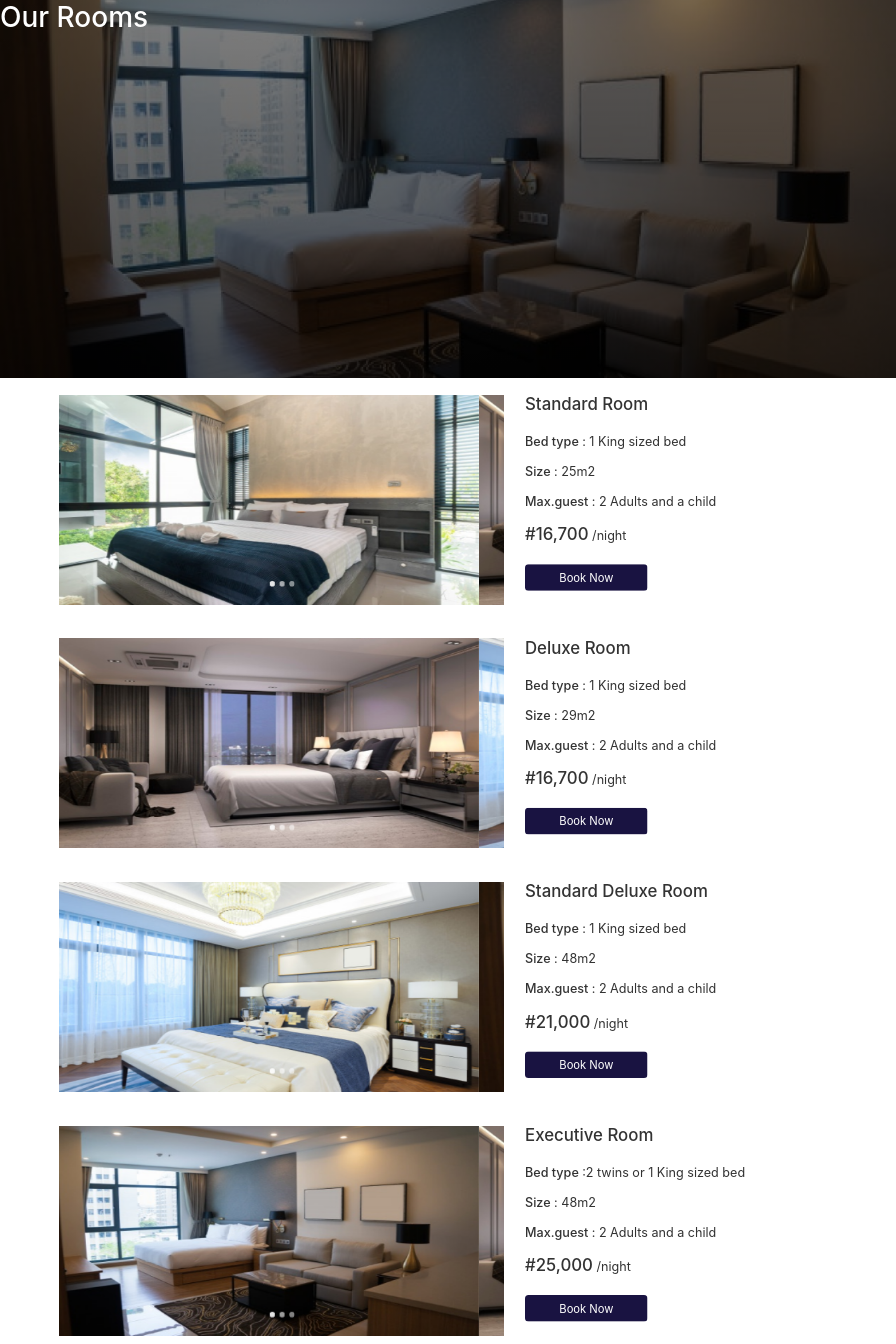
Repository: Syfon01/hotel-website
Page: room.html
These files come from the project's save history. The page is drawn as it stood at one moment and after the next save; the edit follows.
The browser window is 1280 px wide. The pictures show the part of the page from y = 0 to 1920 px (the page is 2576 px tall before and 2624 px after), at 70% of full size.

Above is the page before, as saved 2020-06-08 19:31:22.

### room.html
<!doctype html>
<html lang="en">
  <head>
    <title>Title</title>
    <!-- Required meta tags -->
    <meta charset="utf-8">
    <meta name="viewport" content="width=device-width, initial-scale=1, shrink-to-fit=no">

    <!-- Bootstrap CSS -->
    <link rel="stylesheet" href="https://stackpath.bootstrapcdn.com/bootstrap/4.3.1/css/bootstrap.min.css" integrity="sha384-ggOyR0iXCbMQv3Xipma34MD+dH/1fQ784/j6cY/iJTQUOhcWr7x9JvoRxT2MZw1T" crossorigin="anonymous">
    <link rel="stylesheet" href="room.css">
  </head>
  <body>
    <!-- header section  -->
    <section class="header">
      <div class="home-header">
        <h1 class="home">
          Our Rooms
        </h1>
      </div>
    </section>
    <!-- carousel section -->
    <section id="carousel-section">
      <div class="container">
        <div class="row py-4">
          <div class="col-md-7 col-lg-7 col-12 col-sm-12">
            <div id="carouselExampleIndicators" class="carousel slide" data-ride="carousel">
              <ol class="carousel-indicators">
                <li data-target="#carouselExampleIndicators" data-slide-to="0" class="active"></li>
                <li data-target="#carouselExampleIndicators" data-slide-to="1"></li>
                <li data-target="#carouselExampleIndicators" data-slide-to="2"></li>
              </ol>
              <div class="carousel-inner">
                <div class="carousel-item active">
                  <img src="./img/hotel1.png" class="d-block w-100 img-carousel img-fluid" alt="...">
                </div>
                <div class="carousel-item">
                  <img src="./img/hotel2.png" class="d-block w-100 img-carousel img-fluid" alt="...">
                </div>
                <div class="carousel-item">
                  <img src="./img/hotel3.png" class="d-block w-100 img-carousel img-fluid" alt="...">
                </div>
              </div>

            </div>
          </div>
          <div class="col-md-5 col-lg-5 col-12 col-sm-12">
            <h4 class="text-purple mb-4">Standard Room</h4>
            <p class="text-purple"><span class="p-font-weight">Bed type </span>: 1 King sized bed</p>
            <p class="text-purple"><span class="p-font-weight">Size</span> : 25m2</p>
            <p class="text-purple"><span class="p-font-weight">Max.guest </span>: 2 Adults and a child</p>
            <p class="text-purple mb-4"><span class="p-font-weight p-20">#16,700</span> /night</p>
            <button class="btn btn-purple px-5">Book Now</button>
          </div>
        </div>

        <div class="row py-4">
          <div class="col-md-7 col-lg-7 col-12 col-sm-12">
            <div id="carouselExampleIndicators" class="carousel slide" data-ride="carousel">
              <ol class="carousel-indicators">
                <li data-target="#carouselExampleIndicators" data-slide-to="0" class="active"></li>
                <li data-target="#carouselExampleIndicators" data-slide-to="1"></li>
                <li data-target="#carouselExampleIndicators" data-slide-to="2"></li>
              </ol>
              <div class="carousel-inner">
                <div class="carousel-item active">
                  <img src="./img/hotel2.png" class="d-block w-100 img-carousel img-fluid" alt="...">
                </div>
                <div class="carousel-item">
                  <img src="./img/hotel3.png" class="d-block w-100 img-carousel img-fluid" alt="...">
                </div>
                <div class="carousel-item">
                  <img src="./img/hotel4.png" class="d-block w-100 img-carousel img-fluid" alt="...">
                </div>
              </div>

            </div>
          </div>
          <div class="col-md-5 col-lg-5 col-12 col-sm-12">
            <h4 class="text-purple mb-4">Deluxe Room</h4>
            <p class="text-purple"><span class="p-font-weight">Bed type </span>: 1 King sized bed</p>
            <p class="text-purple"><span class="p-font-weight">Size</span> : 29m2</p>
            <p class="text-purple"><span class="p-font-weight">Max.guest </span>: 2 Adults and a child</p>
            <p class="text-purple mb-4"><span class="p-font-weight p-20">#16,700</span> /night</p>
            <button class="btn btn-purple px-5">Book Now</button>
          </div>
        </div>

        <div class="row py-4">
          <div class="col-md-7 col-lg-7 col-12 col-sm-12">
            <div id="carouselExampleIndicators" class="carousel slide" data-ride="carousel">
              <ol class="carousel-indicators">
                <li data-target="#carouselExampleIndicators" data-slide-to="0" class="active"></li>
                <li data-target="#carouselExampleIndicators" data-slide-to="1"></li>
                <li data-target="#carouselExampleIndicators" data-slide-to="2"></li>
              </ol>
              <div class="carousel-inner">
                <div class="carousel-item active">
                  <img src="./img/hotel3.png" class="d-block w-100 img-carousel h-50 img-fluid" alt="...">
                </div>
                <div class="carousel-item">
                  <img src="./img/hotel4.png" class="d-block w-100 img-carousel img-fluid" alt="...">
                </div>
                <div class="carousel-item">
                  <img src="./img/hotel1.png" class="d-block w-100 img-carousel img-fluid" alt="...">
                </div>
              </div>

            </div>
          </div>
          <div class="col-md-5 col-lg-5 col-12 col-sm-12">
            <h4 class="text-purple mb-4">Standard Deluxe Room</h4>
            <p class="text-purple"><span class="p-font-weight">Bed type </span>: 1 King sized bed</p>
            <p class="text-purple"><span class="p-font-weight">Size</span> : 48m2</p>
            <p class="text-purple"><span class="p-font-weight">Max.guest </span>: 2 Adults and a child</p>
            <p class="text-purple mb-4"><span class="p-font-weight p-20">#21,000</span> /night</p>
            <button class="btn btn-purple px-5">Book Now</button>
          </div>
        </div>

        <div class="row py-4">
          <div class="col-md-7 col-lg-7 col-12 col-sm-12">
            <div id="carouselExampleIndicators" class="carousel slide" data-ride="carousel">
              <ol class="carousel-indicators">
                <li data-target="#carouselExampleIndicators" data-slide-to="0" class="active"></li>
                <li data-target="#carouselExampleIndicators" data-slide-to="1"></li>
                <li data-target="#carouselExampleIndicators" data-slide-to="2"></li>
              </ol>
              <div class="carousel-inner">
                <div class="carousel-item active">
                  <img src="./img/hotel4.png" class="d-block w-100 img-carousel h-50 img-fluid" alt="...">
                </div>
                <div class="carousel-item">
                  <img src="./img/hotel2.png" class="d-block w-100 img-carousel img-fluid" alt="...">
                </div>
                <div class="carousel-item">
                  <img src="./img/hotel1.png" class="d-block w-100 img-carousel img-fluid" alt="...">
                </div>
              </div>

            </div>
          </div>
          <div class="col-md-5 col-lg-5 col-12 col-sm-12">
            <h4 class="text-purple mb-4">Executive Room</h4>
            <p class="text-purple"><span class="p-font-weight">Bed type </span>:2 twins or 1 King sized bed</p>
            <p class="text-purple"><span class="p-font-weight">Size</span> : 48m2</p>
            <p class="text-purple"><span class="p-font-weight">Max.guest </span>: 2 Adults and a child</p>
            <p class="text-purple mb-4"><span class="p-font-weight p-20">#25,000</span> /night</p>
            <button class="btn btn-purple px-5">Book Now</button>
          </div>
        </div>
      </div>
    </section>

    <!-- explore section  -->
    <div class="explore py-3">
      <div class='hero'>
        <div class="cont-vert">
          <div class="text-center vert col-12">
            <h1>
              Explore and see what comfort really is
            </h1>
            <img src="./img/play.svg" class="img-fluid" alt="" srcset="">
          </div>
        </div>

      </div>
</div>

<div class="container my-4">
  jdjdjjnd
</div>

    <!-- Optional JavaScript -->
    <!-- jQuery first, then Popper.js, then Bootstrap JS -->
    <script src="https://code.jquery.com/jquery-3.3.1.slim.min.js" integrity="sha384-q8i/X+965DzO0rT7abK41JStQIAqVgRVzpbzo5smXKp4YfRvH+8abtTE1Pi6jizo" crossorigin="anonymous"></script>
    <script src="https://cdnjs.cloudflare.com/ajax/libs/popper.js/1.14.7/umd/popper.min.js" integrity="sha384-UO2eT0CpHqdSJQ6hJty5KVphtPhzWj9WO1clHTMGa3JDZwrnQq4sF86dIHNDz0W1" crossorigin="anonymous"></script>
    <script src="https://stackpath.bootstrapcdn.com/bootstrap/4.3.1/js/bootstrap.min.js" integrity="sha384-JjSmVgyd0p3pXB1rRibZUAYoIIy6OrQ6VrjIEaFf/nJGzIxFDsf4x0xIM+B07jRM" crossorigin="anonymous"></script>
  </body>
</html>

### room.css
.text-purple{
 color: #333333
}
.p-font-weight{
  font-weight: 500;
}
.p-20{
  font-size: 24px;
}
p{
  font-size: 18px;;
}
.btn-purple{
  background-color: #191341;
  color: #fff;
  border-radius: 5px;
}
.img-carousel{
  height: 300px!important;
}
.carousel-indicators li{
  border-radius: 100%;
  width: 8px;
  height: 8px;
}
.home-header{
  background-image: linear-gradient(to bottom, rgba(0, 0, 0, 0.5), rgba(0, 0, 0, 0.7)),
  url('/img/header.png');
  width: 100%;
  height: 75vh;
  background-size: cover;
  color: white;
  ;
}
.hero{
   background-image: linear-gradient(to bottom, rgba(25, 19, 65, 0.6), rgba(25, 19, 65, 0.8)),
   url('/img/explore.png');
   width: 100%;
   height: 75vh;
   background-size: cover;
   color: white;
  ;
}

.vert{
  margin: 0;
  position: absolute;
  top: 50%;
  left: 50%;
  -ms-transform: translate(-50%, -50%);
  transform: translate(-50%, -50%);
}
.cont-vert{
  height: 400px;
  position: relative;
}

After the next save:
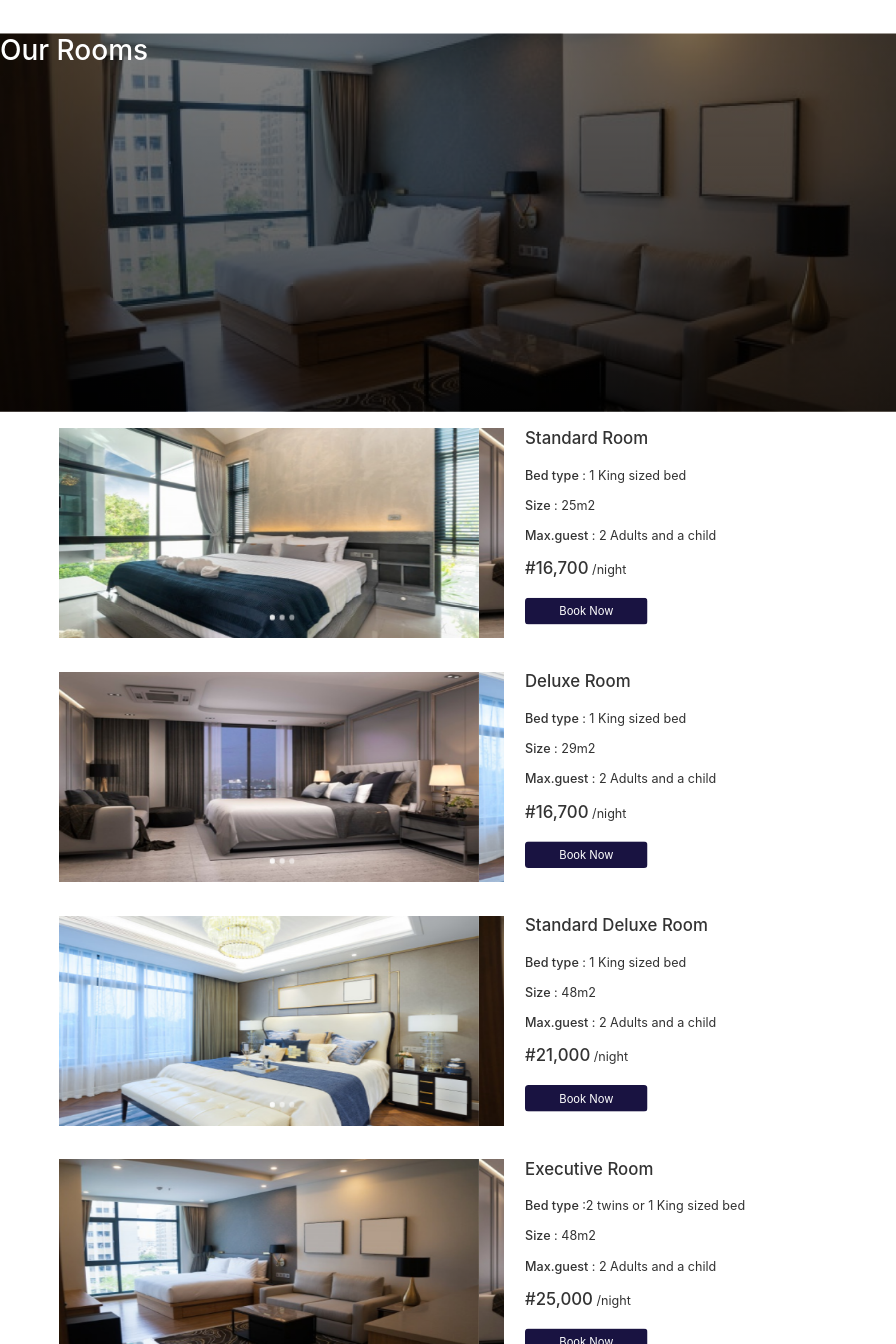
Saved 56 s later.
--- a/room.html
+++ b/room.html
@@ -14,7 +14,7 @@
     <!-- header section  -->
     <section class="header">
       <div class="home-header">
-        <h1 class="home">
+        <h1 class="home mt-5">
           Our Rooms
         </h1>
       </div>
